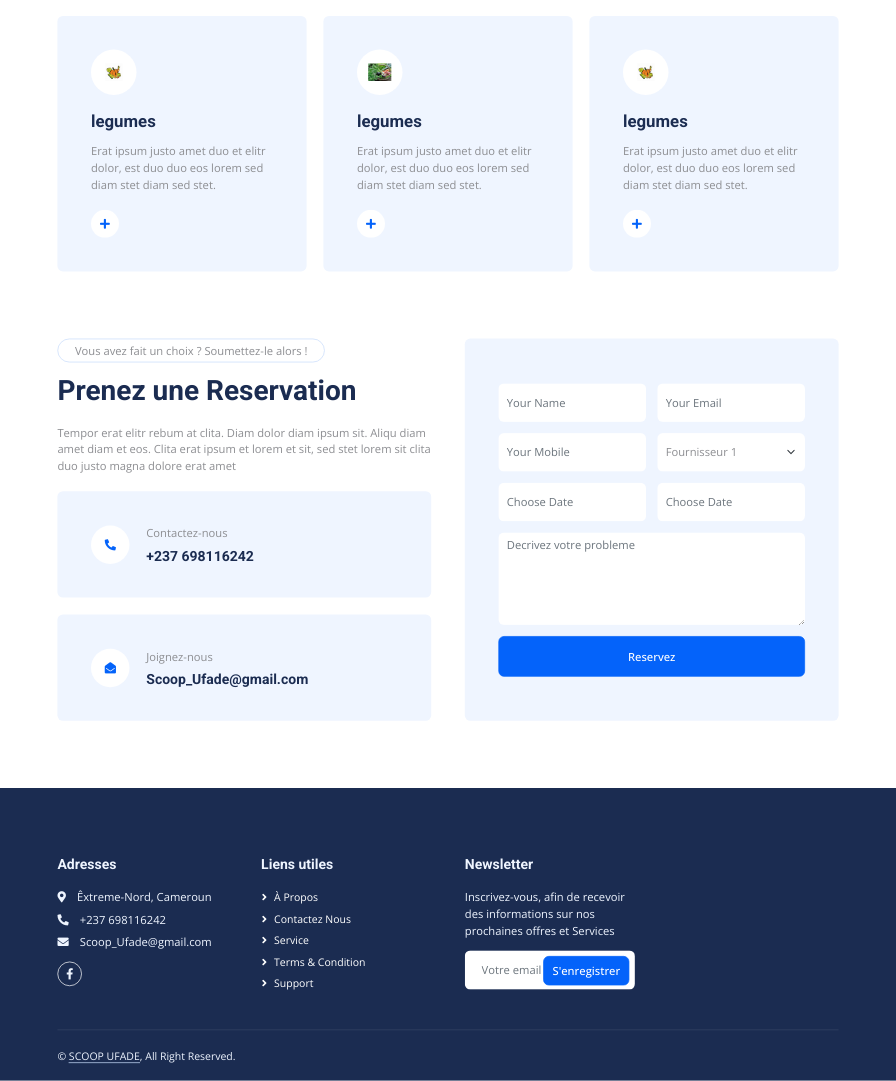
Repository: ryantido/scoop-ufade
Page: 404.html
The author's editor kept a copy of each file at every save. The page is drawn from the files as they stood at one save, then again after a run of saves.
The browser window is 1280 px wide. The pictures show the part of the page from y = 1094 to 3014 px (the page is 2638 px tall before and 3014 px after), at 70% of full size.
Some web libraries are served in a nearby version.

Above is the page before, as saved 2025-04-20 11:27:06.

After the next 4 saves:
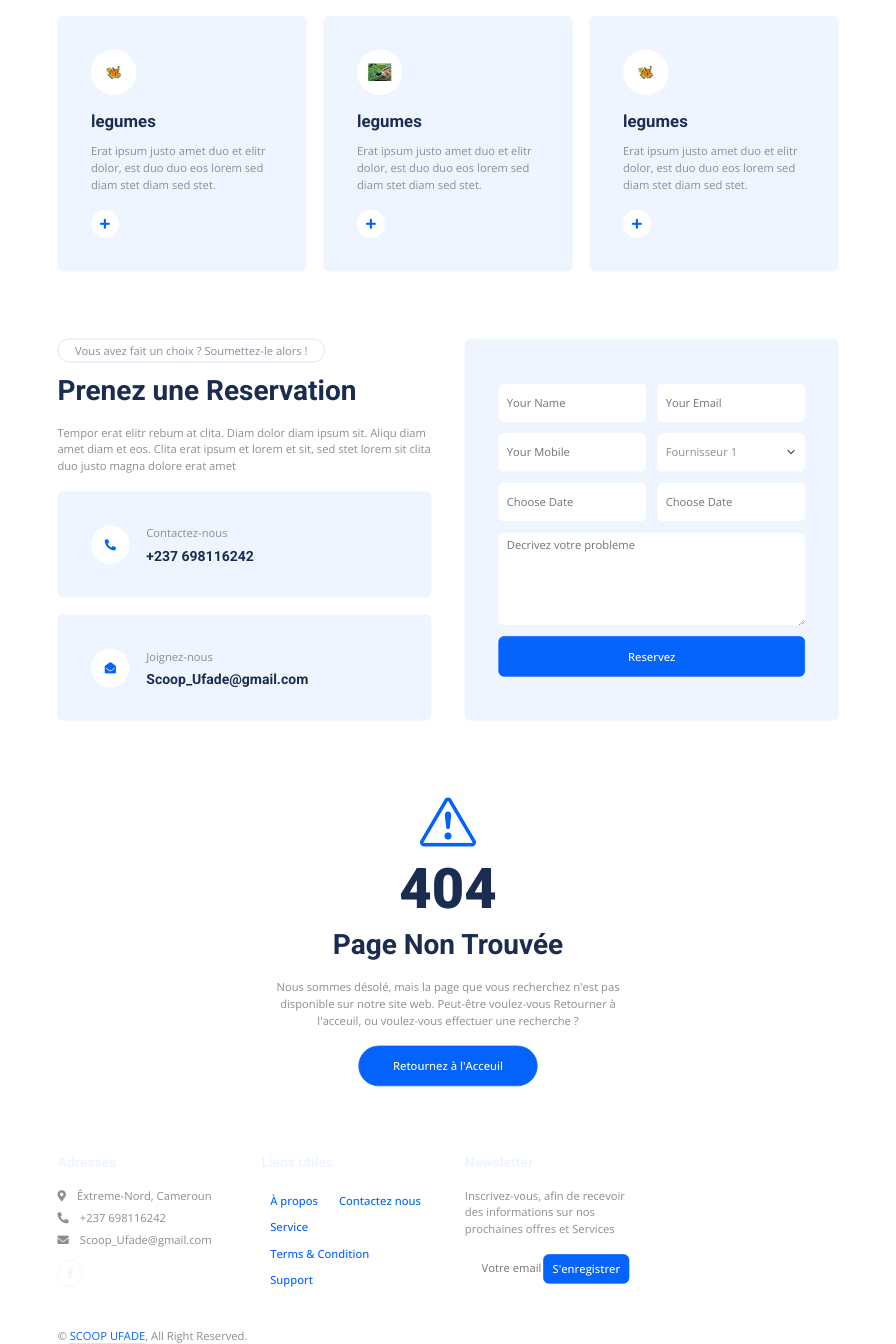
The 4 saves are shown as one change because they came seconds apart.
The last was saved 100 s later.
--- a/404.html
+++ b/404.html
@@ -237,7 +237,7 @@
         </div>
     </div>
 
-    <!--div class="container-xxl py-5 wow fadeInUp" data-wow-delay="0.1s">
+    <div class="container-xxl py-5 wow fadeInUp" data-wow-delay="0.1s">
         <div class="container text-center">
             <div class="row justify-content-center">
                 <div class="col-lg-6">
@@ -252,7 +252,7 @@
                 </div>
             </div>
         </div>
-    </div-->
+    </div
 
     <div class="container-fluid bg-dark text-light footer mt-5 pt-5 wow fadeIn" data-wow-delay="0.1s">
         <div class="container py-5">
